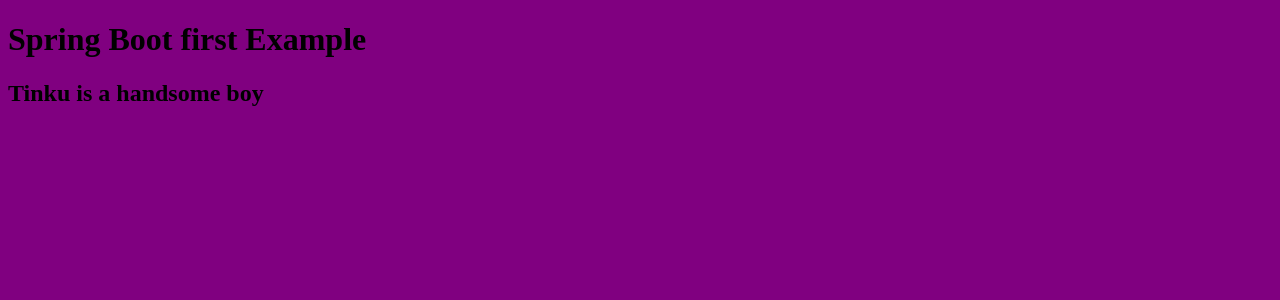
Repository: BhavyaaSree/SpringBootPrograms
Page: SpringBoorEx1/src/main/webapp/data.html
An editor plug-in stored every save of this project. The page is shown before and after the next save, followed by the edit.
The browser window is 1280 px wide. The pictures show the whole page.

Above is the page before, as saved 2024-03-19 09:13:33.

After the next save:
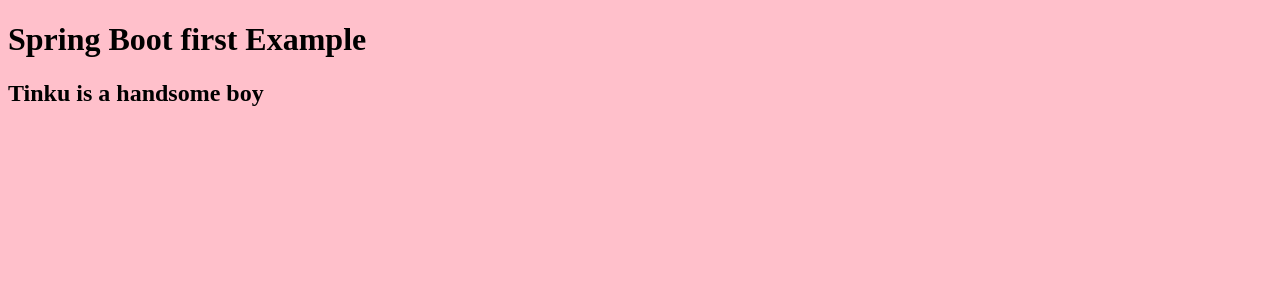
Saved 16 min 4 s later.
--- a/SpringBoorEx1/src/main/webapp/data.html
+++ b/SpringBoorEx1/src/main/webapp/data.html
@@ -4,7 +4,7 @@
 <meta charset="ISO-8859-1">
 <title>Insert title here</title>
 </head>
-<body bgcolor="purple">
+<body bgcolor="pink">
 	<h1> Spring Boot first Example</h1>
 	<h2> Tinku is a handsome boy</h2>
 </body>
